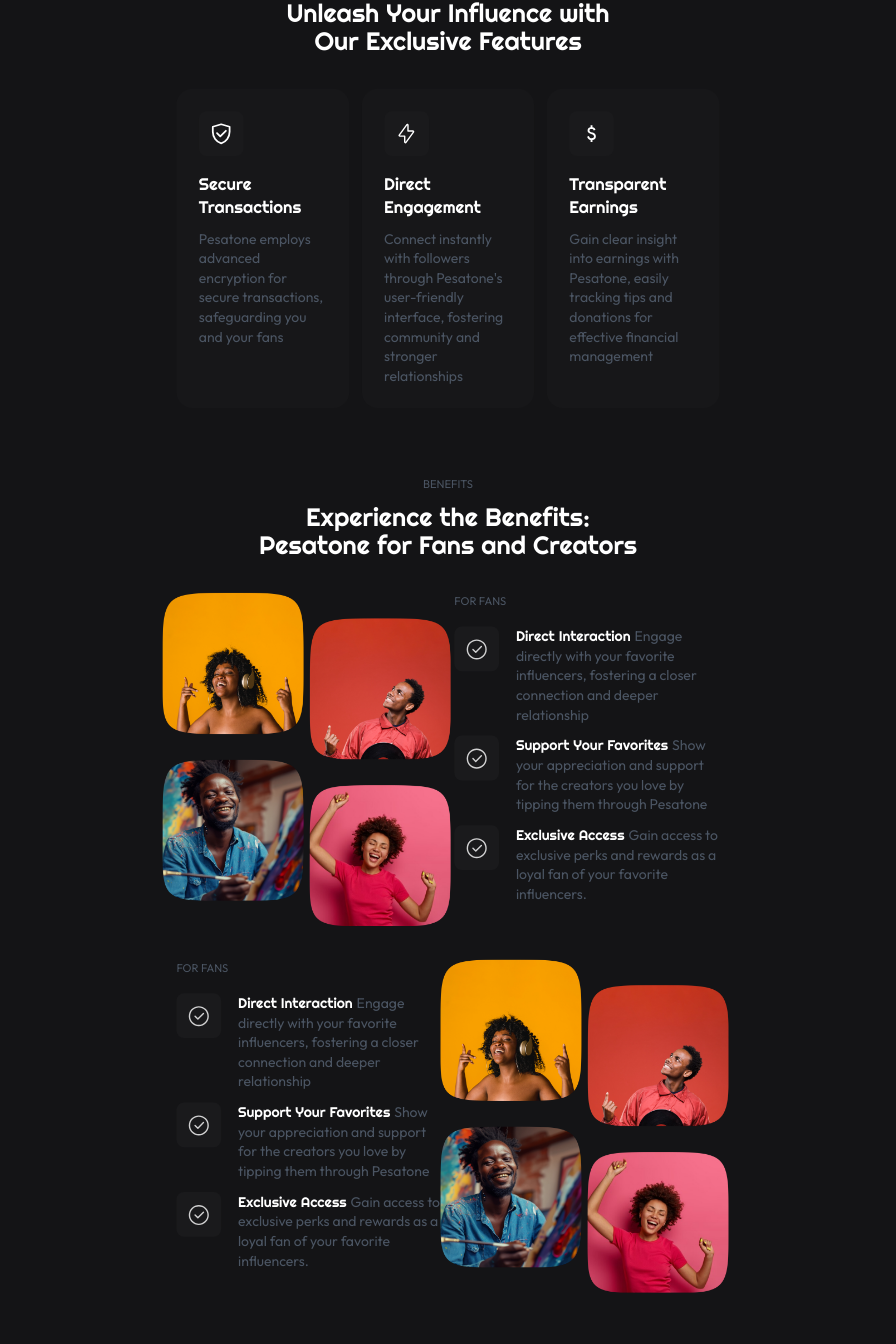
Repository: felixdusengimana/capstone-project-mirror
Page: / (app in frontend/)
The author's editor kept a copy of each file at every save. The page is drawn from the files as they stood at one save, then again after the next save.
The browser window is 1280 px wide. The pictures show the part of the page from y = 1077 to 2997 px (the page is 2997 px tall), at 70% of full size.
The project was rebuilt for these pictures with package versions that can differ from the ones it lists, and the page was loaded fresh each time. The framework's server and built-in components were replaced by stand-ins that run in the browser. Also part of the build but not shown: frontend/next.config.mjs.

Above is the page before, as saved 2024-03-11 15:36:30.

After the next save:
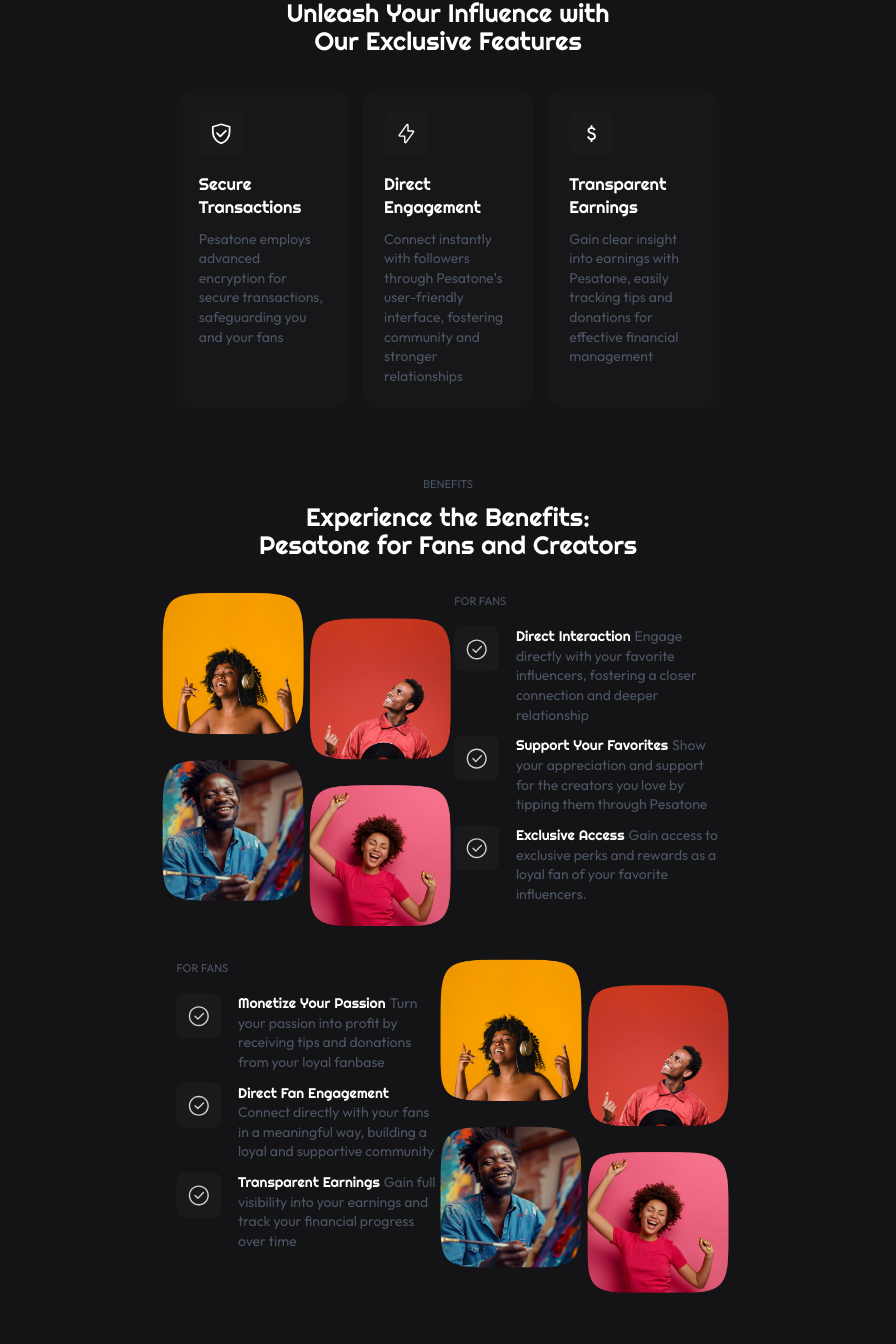
Saved 64 s later.
--- a/frontend/app/page.tsx
+++ b/frontend/app/page.tsx
@@ -98,17 +98,17 @@
           <div>
             <h5 className="uppercase text-gray-600 mb-6">For Fans</h5>
             <div className="flex flex-col gap-4">
-              <SmallCard icon="check" title="Direct Interaction">
-                Engage directly with your favorite influencers, fostering a
-                closer connection and deeper relationship
+              <SmallCard icon="check" title="Monetize Your Passion">
+                Turn your passion into profit by receiving tips and donations
+                from your loyal fanbase
               </SmallCard>
-              <SmallCard icon="check" title="Support Your Favorites">
-                Show your appreciation and support for the creators you love by
-                tipping them through Pesatone
+              <SmallCard icon="check" title="Direct Fan Engagement">
+                Connect directly with your fans in a meaningful way, building a
+                loyal and supportive community
               </SmallCard>
-              <SmallCard icon="check" title="Exclusive Access ">
-                Gain access to exclusive perks and rewards as a loyal fan of
-                your favorite influencers.
+              <SmallCard icon="check" title="Transparent Earnings">
+                Gain full visibility into your earnings and track your financial
+                progress over time
               </SmallCard>
             </div>
           </div>
